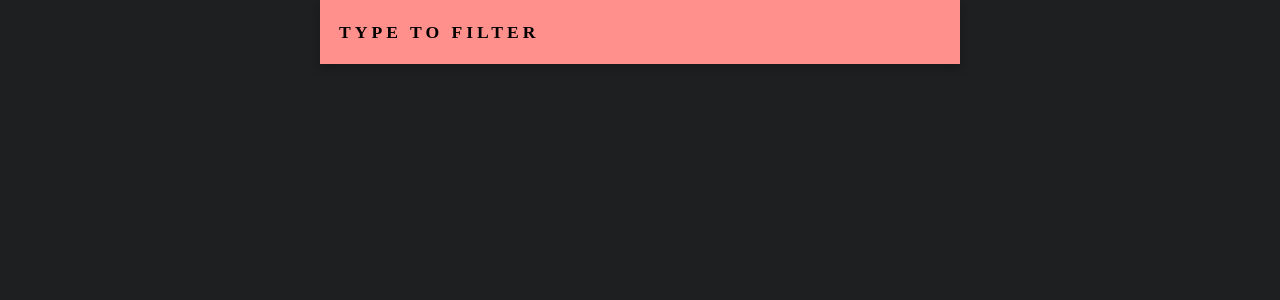
Repository: spihex/stage2-custom-dropdown
Page: index.html
An editor plug-in stored every save of this project. The page is shown before and after the next save, followed by the edit.
The browser window is 1280 px wide. The pictures show the whole page.

Above is the page before, as saved 2021-02-08 01:49:18.

After the next save:
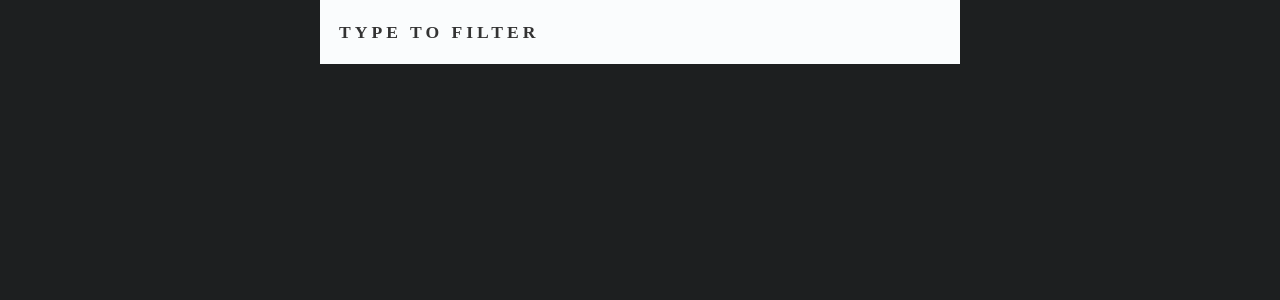
Saved 14 s later.
--- a/js/main.js
+++ b/js/main.js
@@ -3,7 +3,7 @@ const dropdownList = document.querySelector('.dropdown__list');
 const dropdownArray = document.querySelectorAll('.dropdown__item');
 
 // dropdownList.classList.add('open');
-dropDownInputField.focus(); // Demo purposes only
+// dropDownInputField.focus(); // Demo purposes only
 let valueArray = [];
 dropdownArray.forEach(item => {
     valueArray.push(item.textContent);
